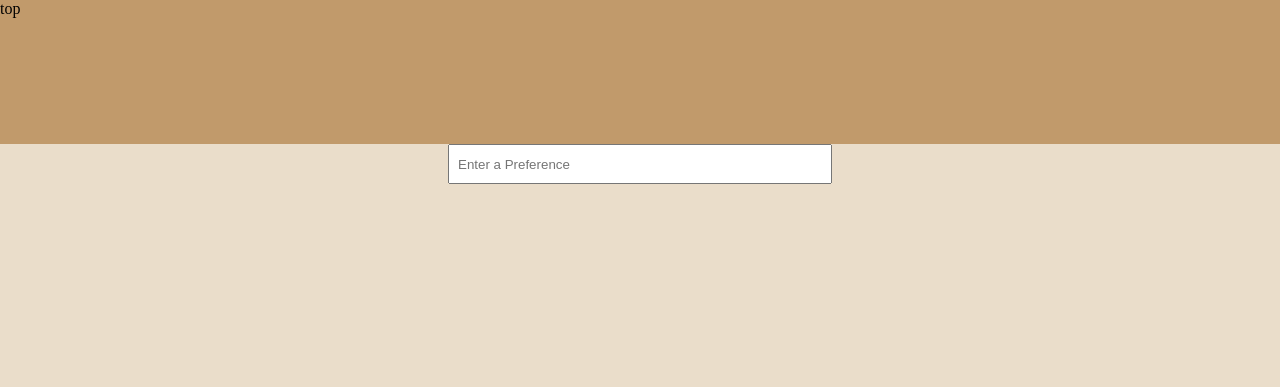
Repository: joshliu14/Travel-Mug
Page: /search
The author's editor kept a copy of each file at every save. The page is drawn from the files as they stood at one save, then again after the next save.
The browser window is 1280 px wide. The pictures show the whole page.
The project was rebuilt for these pictures with package versions that can differ from the ones it lists, and the page was loaded fresh each time.

Above is the page before, as saved 2024-01-02 12:04:43.

### public/index.html
<!DOCTYPE html>
<html lang="en">
  <head>
    <meta charset="utf-8" />
    <link rel="icon" href="%PUBLIC_URL%/favicon.ico" />
    <link rel="stylesheet" href="./index.css" />
    <meta name="viewport" content="width=device-width, initial-scale=1" />
    <meta name="theme-color" content="#000000" />
    <meta
      name="description"
      content="Web site created using create-react-app"
    />
    <link rel="apple-touch-icon" href="%PUBLIC_URL%/logo192.png" />
    <!--
      manifest.json provides metadata used when your web app is installed on a
      user's mobile device or desktop. See https://developers.google.com/web/fundamentals/web-app-manifest/
    -->
    <link rel="manifest" href="%PUBLIC_URL%/manifest.json" />
    <!--
      Notice the use of %PUBLIC_URL% in the tags above.
      It will be replaced with the URL of the `public` folder during the build.
      Only files inside the `public` folder can be referenced from the HTML.

      Unlike "/favicon.ico" or "favicon.ico", "%PUBLIC_URL%/favicon.ico" will
      work correctly both with client-side routing and a non-root public URL.
      Learn how to configure a non-root public URL by running `npm run build`.
    -->
    <title>Travel Mug</title>
  </head>
  <body>
    <noscript>You need to enable JavaScript to run this app.</noscript>
    <div id="root"></div>
    <!--
      This HTML file is a template.
      If you open it directly in the browser, you will see an empty page.

      You can add webfonts, meta tags, or analytics to this file.
      The build step will place the bundled scripts into the <body> tag.

      To begin the development, run `npm start` or `yarn start`.
      To create a production bundle, use `npm run build` or `yarn build`.
    -->
  </body>
</html>

### src/index.js
import React from "react";
import ReactDOM from "react-dom";
import App from "./App";

import { BrowserRouter } from "react-router-dom";

ReactDOM.render(
  <BrowserRouter>
    <App />
  </BrowserRouter>,
  document.getElementById("root")
);

### src/App.js
import React from "react";
import Home from "./Home";

import { Switch, Route } from "react-router-dom";

const App = () => {
  return (
    <Switch>
      <Route exact path="/search">
        <Home />
      </Route>
    </Switch>
  );
};

export default App;

### src/Home.js
import React from "react";
import "./Home.css";

class Search extends React.Component {
  render() {
    return (
      <div>
        <div className="top">top</div>
        <div className="bottom">
          <input className="search-bar" placeholder="Enter a Preference" />
        </div>
      </div>
    );
  }
}

export default Search;

### src/Home.css
.top {
  background-color: #c19a6b;
  display: flex;
  min-width: 100vw;
  min-height: 20vh;
}

.bottom {
  background-color: #eaddca;
  display: flex;
  justify-content: center;
  min-width: 100vw;
  min-height: 80vh;
}

.search-bar {
  width: 30%;
  height: 40px;
  padding: 8px 8px;
  box-sizing: border-box;
}

### public/index.css
html,
body {
  margin: 0px;
  padding: 0px;
}

After the next save:
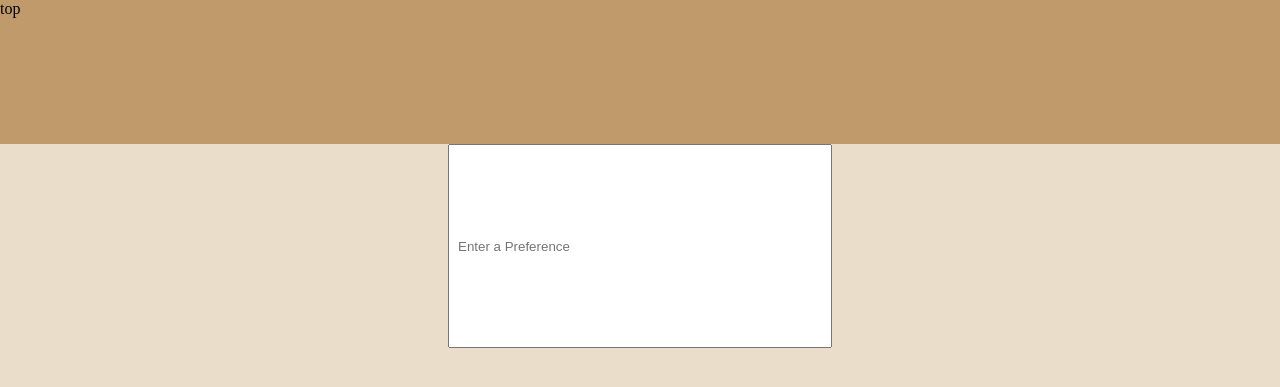
Saved 13 s later.
--- a/src/Home.css
+++ b/src/Home.css
@@ -16,6 +16,6 @@
 .search-bar {
   width: 30%;
   height: 40px;
-  padding: 8px 8px;
+  padding: 100px 8px;
   box-sizing: border-box;
 }

After the save that followed:
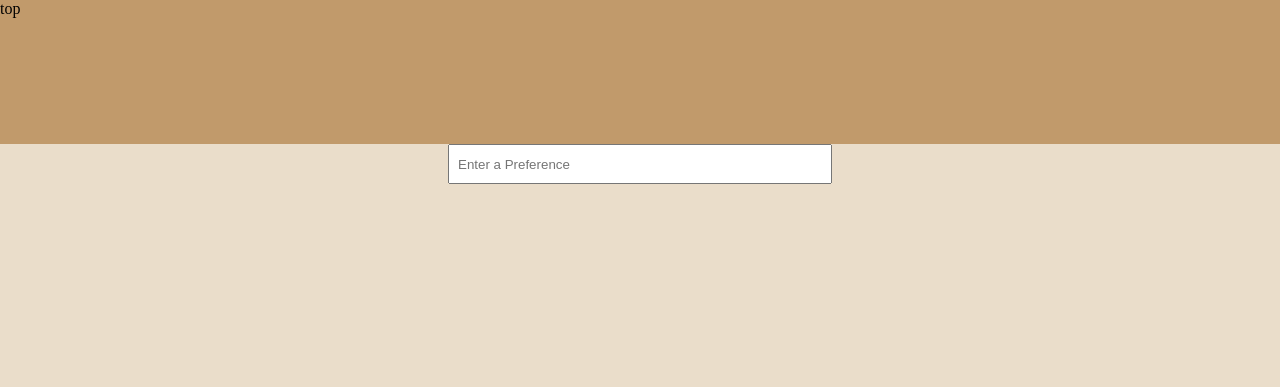
Saved 4 s later.
--- a/src/Home.css
+++ b/src/Home.css
@@ -16,6 +16,6 @@
 .search-bar {
   width: 30%;
   height: 40px;
-  padding: 100px 8px;
+  padding: 8px 8px;
   box-sizing: border-box;
 }
